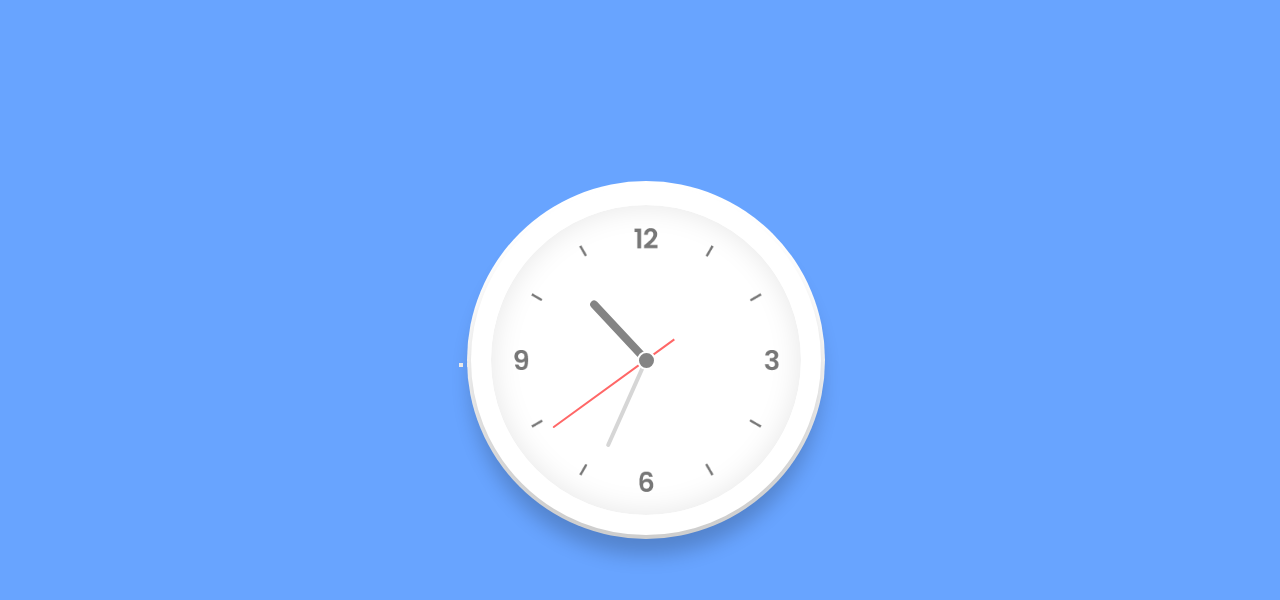
Repository: DaNiels89/analog-clock
Page: index.html
An editor plug-in stored every save of this project. The page is shown before and after the next save, followed by the edit.
The browser window is 1280 px wide. The pictures show the whole page.

Above is the page before, as saved 2020-06-20 12:11:46.

After the next save:
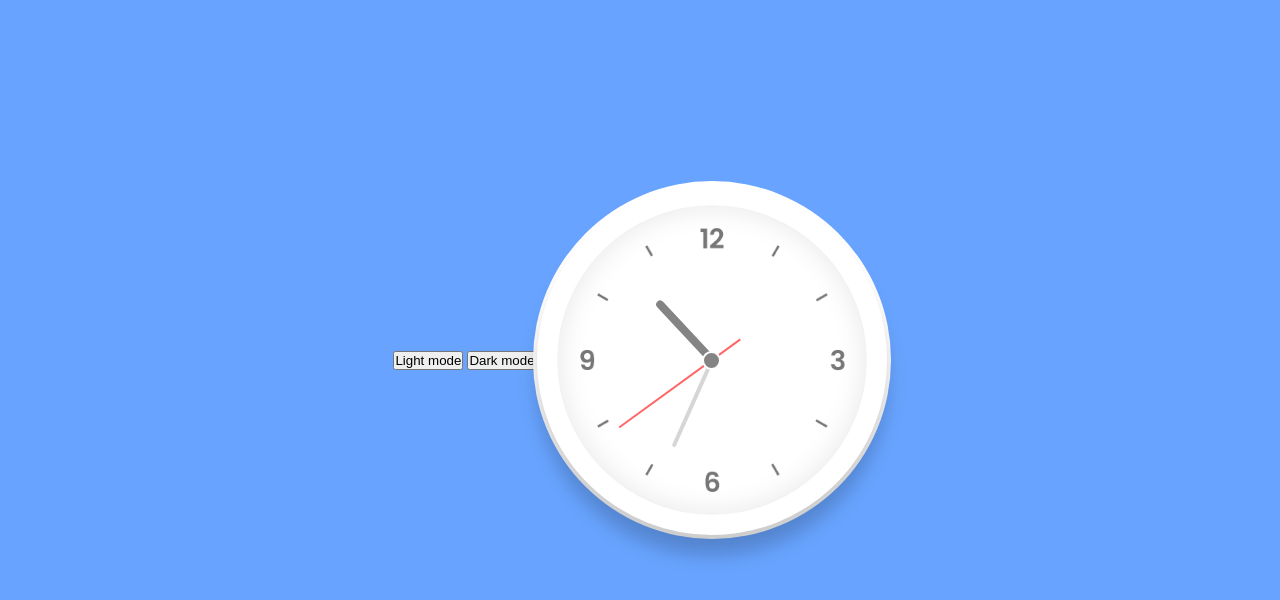
Saved 27 s later.
--- a/index.html
+++ b/index.html
@@ -11,8 +11,8 @@
 
 <body>
     <div class="toggle-mode">
-        <button class="light-mode"></button>
-        <button class="dark-mode"></button>
+        <button class="light-mode">Light mode</button>
+        <button class="dark-mode">Dark mode</button>
     </div>
     <div class="clock">
         <div class="hour">
